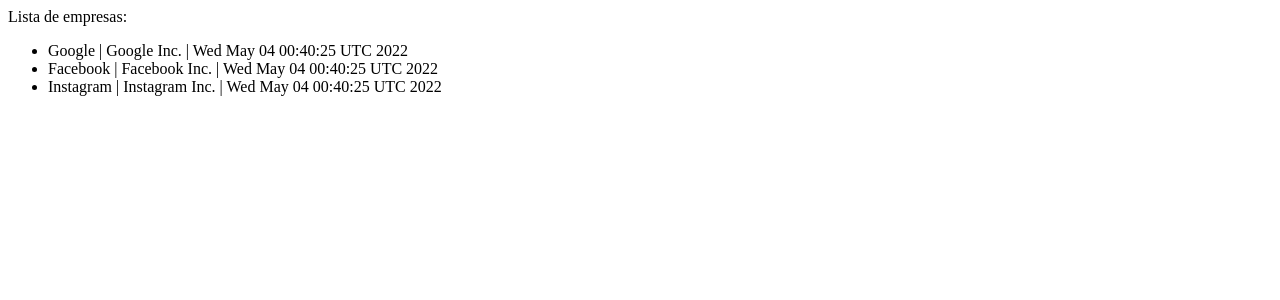
Repository: wwilsoncp/alura-java
Page: http://localhost/gerenciador/listaEmpresas
The author's editor kept a copy of each file at every save. The page is drawn from the files as they stood at one save, then again after the next save.
The browser window is 1280 px wide. The pictures show the whole page.
The page is served by Tomcat 9. Other server files are loaded and not shown.

Above is the page before, as saved 2022-05-07 02:20:34.

### gerenciador/WebContent/listaEmpresas.jsp
<%@ page language="java" contentType="text/html; charset=ISO-8859-1"
    pageEncoding="ISO-8859-1"%>
<%@ page import="java.util.List, br.com.alura.gerenciador.servlet.Empresa" %>
<%@ taglib uri="http://java.sun.com/jsp/jstl/core" prefix="c" %>
<%@ taglib uri="http://java.sun.com/jsp/jstl/fmt" prefix="fmt" %>

<c:url value="/novaEmpresa" var="linkServeletNovaEmpresa"/>

<!DOCTYPE html>
<html>
<head>
<meta charset="ISO-8859-1">
<title>Insert title here</title>
</head>
<body>
	Lista de empresas:
	<br/>
	<ul>
	  <c:forEach items="${empresas}" var="empresa">
	  	<li> ${empresa.nome} | ${empresa.razaoSocial} | ${empresa.dataAbertura}</li>
	  </c:forEach>
	</ul>
</body>
</html>

### gerenciador/src/br/com/alura/gerenciador/servlet/ListaEmpresasServlet.java
package br.com.alura.gerenciador.servlet;

import java.io.IOException;
import java.util.List;

import javax.servlet.RequestDispatcher;
import javax.servlet.ServletException;
import javax.servlet.annotation.WebServlet;
import javax.servlet.http.HttpServlet;
import javax.servlet.http.HttpServletRequest;
import javax.servlet.http.HttpServletResponse;

/**
 * Servlet implementation class ListaEmpresasServlet
 */
@WebServlet("/listaEmpresas")
public class ListaEmpresasServlet extends HttpServlet {
	private static final long serialVersionUID = 1L;

	protected void doGet(HttpServletRequest request, HttpServletResponse response) throws ServletException, IOException {
		Banco banco = new Banco();
		List<Empresa> lista = banco.getEmpresas();
		request.setAttribute("empresas", lista);

		// chamar a página jsp que irá exibir para o usuário
		RequestDispatcher rd = request.getRequestDispatcher("/listaEmpresas.jsp");
		rd.forward(request, response);

	}

}

### gerenciador/src/br/com/alura/gerenciador/servlet/Banco.java
package br.com.alura.gerenciador.servlet;

import java.util.ArrayList;
import java.util.Date;
import java.util.List;

public class Banco {

	private static List<Empresa> lista = new ArrayList<Empresa>();

	// bloco estático, são executados quando a máquina virtual carrega a classe
	static {
		Empresa empresa = new Empresa("Google", "Google Inc.", new Date());
		Empresa empresa2 = new Empresa("Facebook", "Facebook Inc.", new Date());
		Empresa empresa3 = new Empresa("Instagram", "Instagram Inc.", new Date());
		Banco.lista.add(empresa);
		Banco.lista.add(empresa2);
		Banco.lista.add(empresa3);
	}

	public void adiciona(Empresa empresa) {
		Banco.lista.add(empresa);
		//
	}

	public List<Empresa> getEmpresas() {
		return Banco.lista;
	}

}

### gerenciador/src/br/com/alura/gerenciador/servlet/Empresa.java
package br.com.alura.gerenciador.servlet;

import java.util.Date;

public class Empresa {

	private Integer id;
	private String nome;
	private String razaoSocial;
	private Date dataAbertura;

	public Date getDataAbertura() {
		return dataAbertura;
	}

	public void setDataAbertura(Date dataAbertura) {
		this.dataAbertura = dataAbertura;
	}

	public Empresa(String nome, String razaoSocial, Date dataAbertura) {
		this.setNome(nome);
		this.setRazaoSocial(razaoSocial);
		this.dataAbertura = dataAbertura;
	}

	public String getRazaoSocial() {
		return razaoSocial;
	}
	public void setRazaoSocial(String razaoSocial) {
		this.razaoSocial = razaoSocial;
	}
	public Integer getId() {
		return id;
	}
	public void setId(Integer id) {
		this.id = id;
	}
	public String getNome() {
		return nome;
	}
	public void setNome(String nome) {
		this.nome = nome;
	}

}

After the next save:
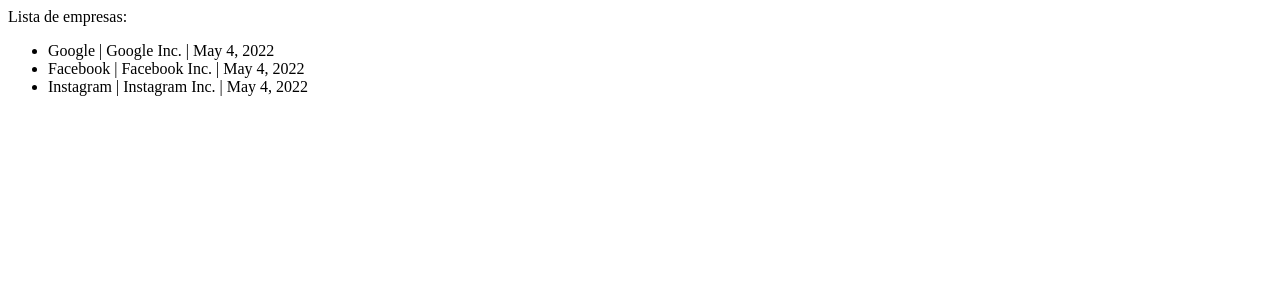
Saved 28 s later.
--- a/gerenciador/WebContent/listaEmpresas.jsp
+++ b/gerenciador/WebContent/listaEmpresas.jsp
@@ -17,7 +17,7 @@
 	<br/>
 	<ul>
 	  <c:forEach items="${empresas}" var="empresa">
-	  	<li> ${empresa.nome} | ${empresa.razaoSocial} | ${empresa.dataAbertura}</li>
+	  	<li> ${empresa.nome} | ${empresa.razaoSocial} | <fmt:formatDate value="${empresa.dataAbertura}"/> </li>
 	  </c:forEach>
 	</ul>
 </body>
